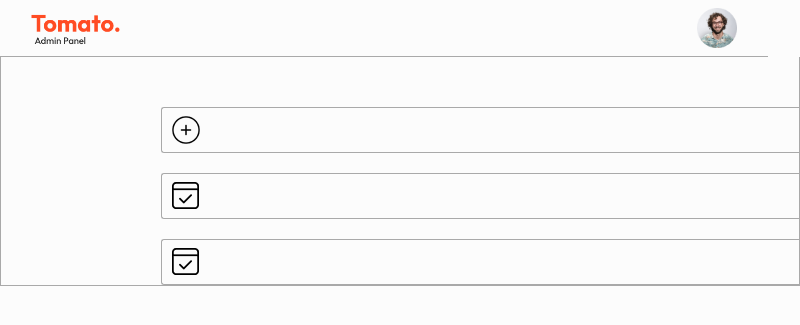
Repository: KartikChouhan03/food-delivery-app
Page: /orders (app in admin/)
The author's editor kept a copy of each file at every save. The page is drawn from the files as they stood at one save, then again after the next save.
The browser window is 768 px wide. The page is 800 px wide, so the pictures cover 800 px, including what lies to the right of the window. The pictures show the whole page.
Some web fonts or font styles are not loaded; a fallback is used. The project was rebuilt for these pictures with package versions that can differ from the ones it lists, and the page was loaded fresh each time. Also part of the build but not shown: admin/vite.config.js.

Above is the page before, as saved 2025-08-17 14:17:34.

### admin/index.html
<!doctype html>
<html lang="en">
  <head>
    <meta charset="UTF-8" />
    <link rel="icon" type="image/svg+xml" href="" />
    <meta name="viewport" content="width=device-width, initial-scale=1.0" />
    <title>Foodify Admin</title>
  </head>
  <body>
    <div id="root"></div>
    <script type="module" src="/src/main.jsx"></script>
  </body>
</html>

### admin/src/main.jsx
import { StrictMode } from 'react'
import { createRoot } from 'react-dom/client'
import './index.css'
import App from './App.jsx'
import {BrowserRouter} from "react-router-dom"

createRoot(document.getElementById('root')).render(
  <BrowserRouter>
    <App/>
  </BrowserRouter>

)

### admin/src/index.css
@import url('https://fonts.googleapis.com/css2?family=Montserrat:ital,wght@0,100..900;1,100..900&family=Outfit:wght@100..900&family=Playfair+Display:ital,wght@0,400..900;1,400..900&display=swap');

*{
  padding: 0;
  margin: 0;
  box-sizing: border-box;
  font-family: Outfit;

}

body{
  min-height: 100vh;
  background-color: #fcfcfc;

}

a {
  text-decoration: none;
  color: inherit;
}

hr{
  border:none;
  height: 1px;
  background-color: #a9a9a9;
}

.app-content{
  display: flex;
}

### admin/src/App.jsx
import React from 'react'
import Navbar from './components/Navbar/Navbar'
import Sidebar from './components/Sidebar.jsx/Sidebar'


const App = () => {
  return (
    <div>
      <Navbar/>
      <hr />
      <div className='app-content'>
        <Sidebar/>
      </div>
    </div>
  )
}

export default App

### admin/src/components/Navbar/Navbar.jsx
import React from 'react'
import './Navbar.css'
import {assets} from '../../assets/assets.js'

const Navbar = () => {
  return (
    <div className='navbar'>
      <img className='logo' src={assets.logo} alt="" />
      <img className="profile" src={assets.profile_image} alt="" />
    </div>
  )
}

export default Navbar

### admin/src/components/Sidebar.jsx/Sidebar.jsx
import React from 'react'
import './Sidebar.css'
import { assets } from '../../assets/assets'

const Sidebar = () => {
  return (
    <div className='sidebar'>
        <div className="sidebar-options">
            <div className="sidebar-option">
                <img src={assets.add_icon} alt="" />
                <p>Add Items</p>
            </div>
            <div className="sidebar-option">
                <img src={assets.order_icon} alt="" />
                <p>List Items</p>
            </div>
            <div className="sidebar-option">
                <img src={assets.order_icon} alt="" />
                <p>Orders</p>
            </div>
        </div>

    </div>
  )
}

export default Sidebar

### admin/src/components/Navbar/Navbar.css
.navbar{
    display: flex;
    justify-content: space-between;
    align-items: center;
    padding: 8px 4%;
}

.navbar .logo{
    width: max(10%, 90px);
}

.navbar .profile{
    width: 40px;
}

### admin/src/components/Sidebar.jsx/Sidebar.css
.sidebar{
    width: 18%;
    min-width: 100vh;
    border: 1.5px solid #a9a9a9;
    border-top:0 ;
    font-size: max(1vw,10px);
}

.sidebar-options{
    padding-top: 50px ;
    padding-left: 20%;
    display: flex;
    flex-direction: column;
    gap: 20px;
}

.sidebar-option{
    display:flex;
    align-items: center;
    gap: 12px;
    border: 1px solid #a9a9a9;
    border-right: 0;
    padding: 8px 10px ;
    border-radius: 3px 0px 0px 3px;
    cursor: pointer;
}

@media (max-width:900px) {
    .sidebar-option p{
        display: none;
    }
}

Loaded but not shown: admin/src/assets/assets.js (common file)

After the next save:
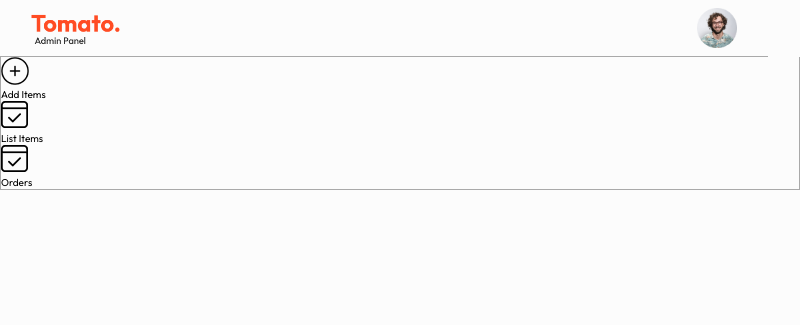
Saved 104 s later.
--- a/admin/src/components/Sidebar.jsx/Sidebar.css
+++ b/admin/src/components/Sidebar.jsx/Sidebar.css
@@ -5,28 +5,3 @@
     border-top:0 ;
     font-size: max(1vw,10px);
 }
-
-.sidebar-options{
-    padding-top: 50px ;
-    padding-left: 20%;
-    display: flex;
-    flex-direction: column;
-    gap: 20px;
-}
-
-.sidebar-option{
-    display:flex;
-    align-items: center;
-    gap: 12px;
-    border: 1px solid #a9a9a9;
-    border-right: 0;
-    padding: 8px 10px ;
-    border-radius: 3px 0px 0px 3px;
-    cursor: pointer;
-}
-
-@media (max-width:900px) {
-    .sidebar-option p{
-        display: none;
-    }
-}
